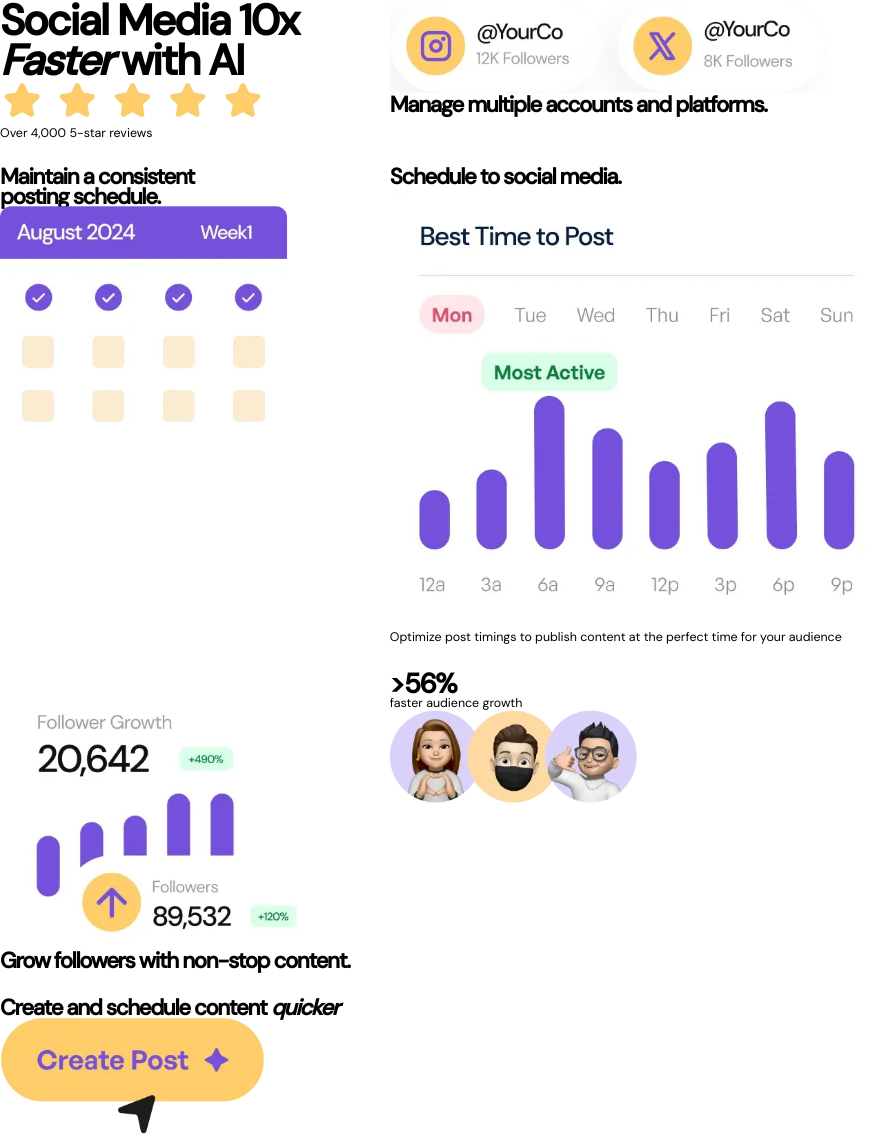
Repository: brandontaylor1/bento-grid
Page: index.html
The author's editor kept a copy of each file at every save. The page is drawn from the files as they stood at one save, then again after the next save.
The browser window is 1280 px wide. The pictures show the whole page, at 69% of full size.

Above is the page before, as saved 2025-01-21 22:20:32.

### index.html
<!DOCTYPE html>
<html lang="en">
<head>
    <meta charset="UTF-8">
    <meta name="viewport" content="width=device-width, initial-scale=1.0">
    <link rel="stylesheet" href="styles.css">
    <title>Bento Grid</title>
</head>
<body>
    <main class="container">
        <div class="grid-container">
            <div class="grid-item-1">
                <h1>Social Media <span>10x </span><em>Faster </em>with AI </h1>
                <img src="./assets/images/illustration-five-stars.webp" alt="five star images">
                <p>Over 4,000 5-star reviews</p>
            </div>
            <div class="grid-item-2">
                <img src="./assets/images/illustration-multiple-platforms.webp" alt="two social media images">
                <h3>Manage multiple accounts and platforms.</h3>
            </div>
            <div class="grid-item-3">
                <h3>Maintain a consistent <br> posting schedule.</h3>
                <img src="./assets/images/illustration-consistent-schedule.webp" alt="schedule">
            </div>
            <div class="grid-item-4">
                <h3>Schedule to social media.</h3>
                <img src="./assets/images/illustration-schedule-posts.webp" alt="schedule of posts">
                <p>Optimize post timings to publish content at the perfect time for your audience</p>
            </div>
            <div class="grid-item-5">
                <img src="./assets/images/illustration-grow-followers.webp" alt="follower growth">
                <h3>Grow followers with non-stop content.</h3>
            </div>
            <div class="grid-item-6">
                <h2> >56%</h2>
                <p>faster audience growth</p>
                <img src="./assets/images/illustration-audience-growth.webp" alt="pictures of cartoon audience">
            </div>
            <div class="grid-item-7">
                <h3>Create and schedule content <em>quicker</em></h3>
                <img src="./assets/images/illustration-create-post.webp" alt="create post image">
            </div>
        </div>
    </main>

</body>
</html>

### styles.css

@font-face {
    font-family: "DMSans-Medium";
    src: url('./assets/fonts/DMSans-Medium.ttf') format('truetype');
    font-weight: 500;
    font-style: normal;
}

@font-face {
    font-family: "DMSans-MediumItalic";
    src: url('./assets/fonts/DMSans-MediumItalic.ttf') format('truetype');
    font-weight: 500;
    font-style: italic;
}

@font-face {
    font-family: "DMSans-Regular";
    src: url('./assets/fonts/DMSans-Regular.ttf') format('truetype');
    font-weight: 400;
    font-style: normal;
}

* {
    margin: 0;
    padding: 0;
    box-sizing: border-box;

}

/* COLORS */
:root {
    --purple100: hsl(254, 88%, 90%);
    --purple500: hsl(256, 67%, 59%);

    --yellow100: hsl(31, 66%, 93%);
    --yellow500: hsl(39, 100%, 71%);

    --white: hsl(0, 0%, 100%);
    --black: hsl(0, 0%, 0%);
    --font-black: #121212;

    --spacing-5: 40px;
    --spacing-4: 32px;
    --spacing-3: 24px;
    --spacing-2: 16px;
    --spacing-1: 8px;
}

/* TYPOGRAPHY */
h1 {
    font-family: "DMSans-Medium", sans-serif;
    font-size: 62px;
    line-height: 93.5%;
    letter-spacing: -3px;
}

h2 {
    font-family: "DMSans-Medium", sans-serif;
    font-size: 40px;
    line-height: 90%;
    letter-spacing: -2px;
}

h3 {
    font-family: "DMSans-Medium", sans-serif;
    font-size: 32px;
    line-height: 87.5%;
    letter-spacing: -2px;
}

p {
    font-family: "DMSans-Regular", sans-serif;
    font-size: 18px;
    line-height: 111%;
    letter-spacing: 0px;
}

.container {
    display: flex;
    flex-direction: column;
    align-items: center;
    justify-content: center;
}

.grid-container {
    display: grid;
    grid-template-columns: repeat(2, 1fr);
    grid-template-rows: repeat(4, auto);
    gap: var(--spacing-5);
    padding: var(--spacing-5), var(--spacing-4);
}



/* RESPONSIVE */

/* MOBILE */
@media screen and (max-width: 480px) {
    .container {
        padding: 40px 16px;
        background-color: #F6F5F6;
    }

    .grid-container {
        display: grid;
        grid-template-columns: 1fr;
        grid-template-rows: repeat(8, auto);
        gap: var(--spacing-4);
    }

    .grid-item-1 {
        background-color: var(--purple500);
        color: var(--white);
        text-align: center;
        padding: 40px 32px;
        border-radius: 10px;
        width: 100%;
    }

    .grid-item-1 h1 {
        padding-bottom: 24px;
    }

    .grid-item-1 img {
        width: 192px;
        padding-bottom: 8px;
    }

    .grid-item-1 span {
        color: var(--yellow500);
    }

    .grid-item-2 {
        background-color: var(--white);
        padding: 16px;
        border-radius: 10px;
    }
    .grid-item-2 img {
        width: 100%;
    }

    .grid-item-2 h3 {
        color: #121212;
    }

    .grid-item-3 {
        background-color: var(--yellow500);
        padding: 16px;
        border-radius: 10px;
        overflow: hidden;
    }

    .grid-item-3 img {
        width: 288px;
        height: auto;
        padding-top: 16px;
        margin-bottom: -40px;
    }

    .grid-item-4 {
        background-color: var(--purple100);
        padding: 32px;
        border-radius: 10px;
        text-align: center;
    }

    .grid-item-4 img {
        width: 100%;
        padding: 24px 0;

    }

    .grid-item-5 {
        background-color: var(--purple500);
        color: var(--white);
        padding: 32px;
        border-radius: 10px;
        display: flex;
        flex-direction: column;
        align-items: center;
        justify-content: center;
        text-align: center;
    }

    .grid-item-5 img {
        padding-bottom: 40px;
        width: 228px;
        height: auto;
    }

    .grid-item-5 h3 {
        width: 257px;
        height: auto;
    }

    .grid-item-6 {
        background-color: var(--white);
        padding: 16px;
        border-radius: 10px;
        text-align: left;
        padding: 24px;
    }

    .grid-item-6 h2 {
        padding-bottom: 15px;
    }

    .grid-item-6 img {
       width: 50%;
       padding-top: 24px;

    }

    .grid-item-7 {
        background-color: var(--yellow100);
        padding: 32px;
        border-radius: 10px;
        text-align: left;
    }

    .grid-item-7 img {
        width: 65%;
        padding-top: 24px;
    }

    .grid-item-7 em {
        color: var(--purple500);
    }


}

After the next save:
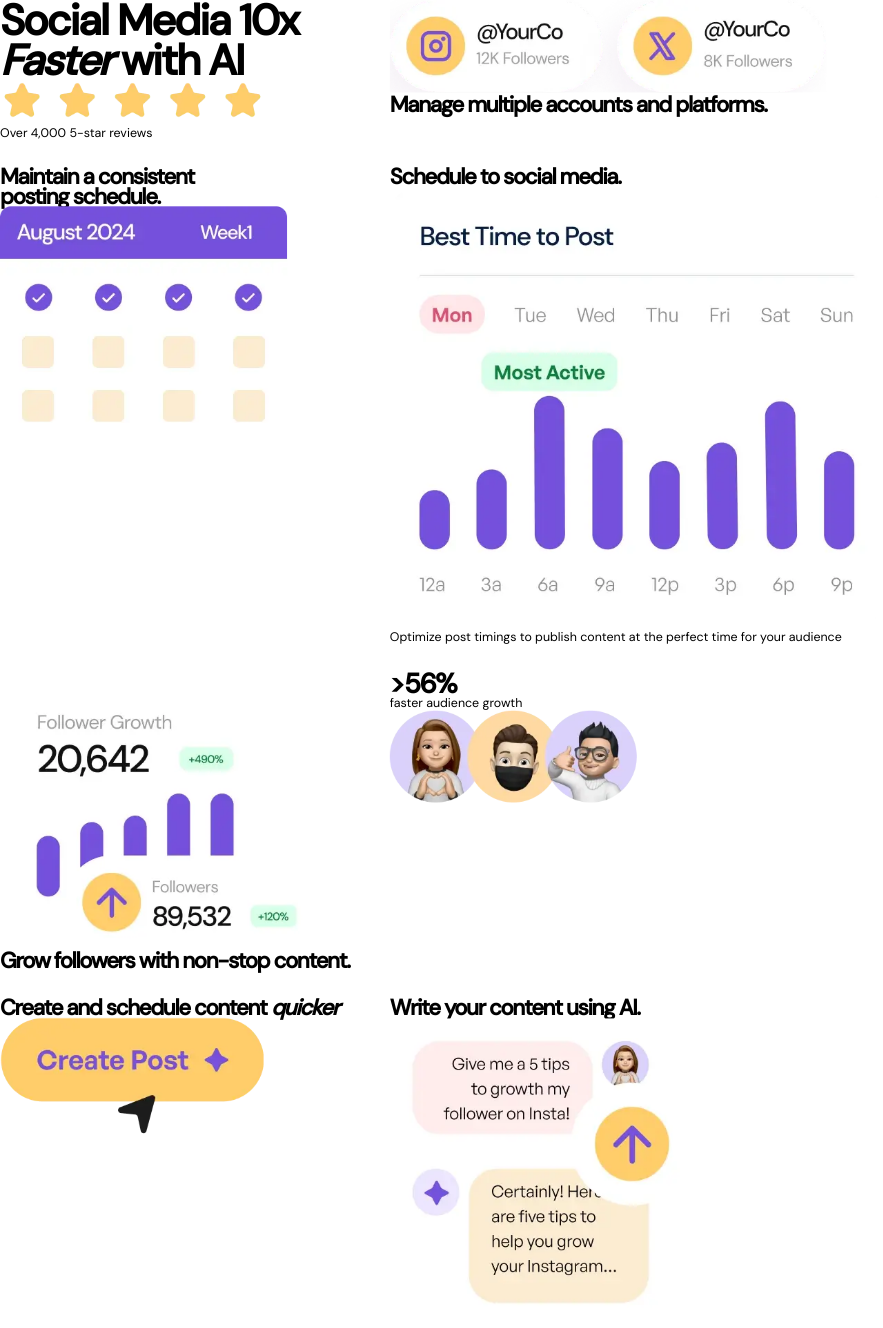
Saved 82 s later.
--- a/index.html
+++ b/index.html
@@ -40,6 +40,10 @@
                 <h3>Create and schedule content <em>quicker</em></h3>
                 <img src="./assets/images/illustration-create-post.webp" alt="create post image">
             </div>
+            <div class="grid-item-8">
+                <h3>Write your content using AI.</h3>
+                <img src="./assets/images/illustration-ai-content.webp" alt="Ai Content Image">
+            </div>
         </div>
     </main>
 
